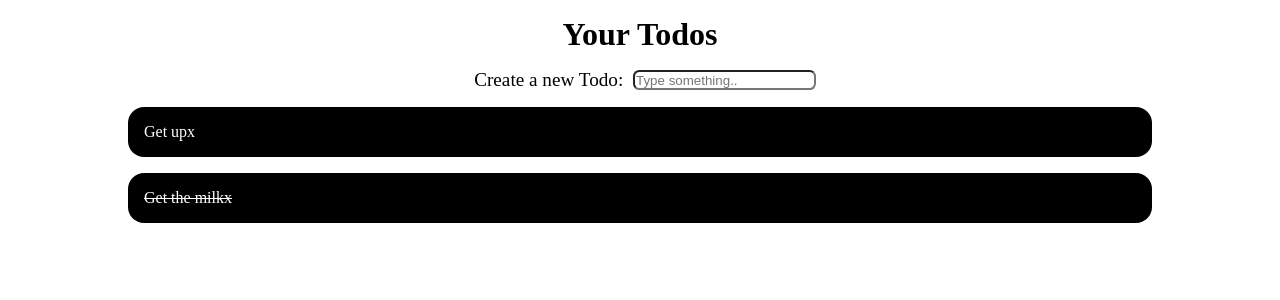
Repository: Heeeeeppo/todo-list
Page: / (app in frontend/)
An editor plug-in stored every save of this project. The page is shown before and after a run of saves, followed by the edit.
The browser window is 1280 px wide. The pictures show the whole page.
The project was rebuilt for these pictures with package versions that can differ from the ones it lists, and the page was loaded fresh each time.

Above is the page before, as saved 2023-11-07 19:38:36.

After the next 2 saves:
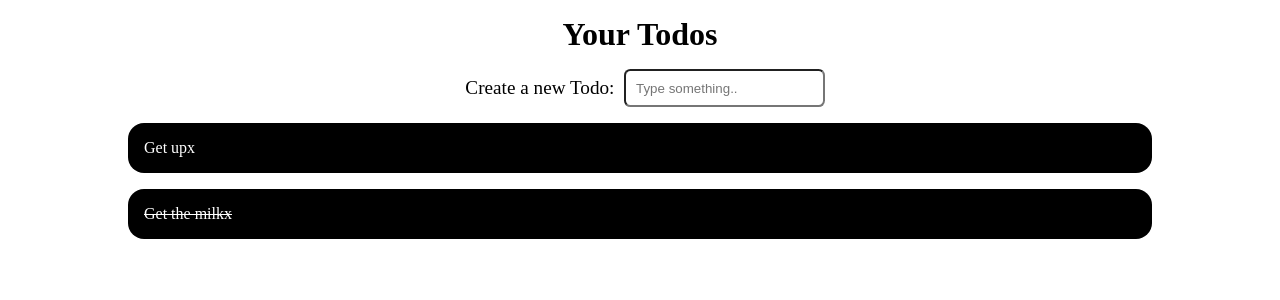
The 2 saves are shown as one change because they came seconds apart.
The last was saved 7 s later.
--- a/frontend/src/index.css
+++ b/frontend/src/index.css
@@ -30,7 +30,7 @@ label {
 
 input {
   border-radius: 0.4rem;
-  padding: 0.8px;
+  padding: 0.6rem;
 }
 
 .todo {
